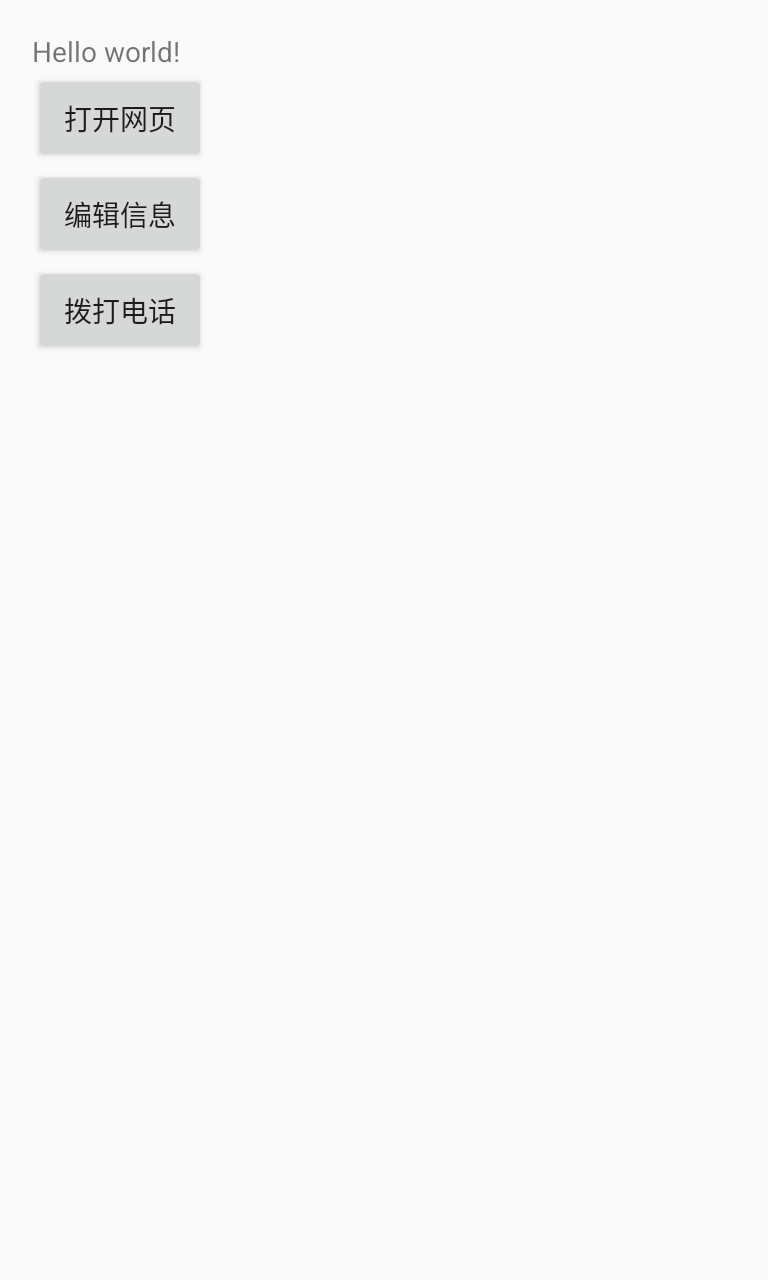
Repository: 18810012802/creazyAndroid
Layout: workspace3/ActionData/res/layout/activity_main.xml
The author's editor kept a copy of each file at every save. The layout is drawn from the files as they stood at one save, then again after the next save.
It is drawn on a 768 x 1280 px phone screen (xhdpi) without system bars, with theme AppTheme; the app's code is not run.

Above is the layout before, as saved 2016-05-04 16:36:57.

### workspace3/ActionData/res/layout/activity_main.xml
<LinearLayout xmlns:android="http://schemas.android.com/apk/res/android"
    android:orientation="vertical"
    android:layout_width="match_parent"
    android:layout_height="match_parent"
    android:paddingBottom="@dimen/activity_vertical_margin"
    android:paddingLeft="@dimen/activity_horizontal_margin"
    android:paddingRight="@dimen/activity_horizontal_margin"
    android:paddingTop="@dimen/activity_vertical_margin"
>
    <TextView
        android:layout_width="wrap_content"
        android:layout_height="wrap_content"
        android:text="@string/hello_world" />
	<Button
	    android:id="@+id/bn"
	    android:layout_width="wrap_content"
        android:layout_height="wrap_content"
        android:text="打开网页"
        />
	<Button
	    android:id="@+id/edit"
	    android:layout_width="wrap_content"
        android:layout_height="wrap_content"
        android:text="编辑信息"
        />
	<Button
	    android:id="@+id/call"
	    android:layout_width="wrap_content"
        android:layout_height="wrap_content"
        android:text="拨打电话"
        />
</LinearLayout>

### workspace3/ActionData/res/values/strings.xml
<?xml version="1.0" encoding="utf-8"?>
<resources>

    <string name="app_name">ActionData</string>
    <string name="hello_world">Hello world!</string>
    <string name="action_settings">Settings</string>

</resources>

Loaded but not shown: workspace3/ActionData/res/values/styles.xml (common file); workspace3/ActionData/res/values-v11/styles.xml (common file); workspace3/ActionData/res/values-v14/styles.xml (common file); workspace3/ActionData/res/values/dimens.xml (common file); workspace3/ActionData/res/values-w820dp/dimens.xml (common file)

After the next save:
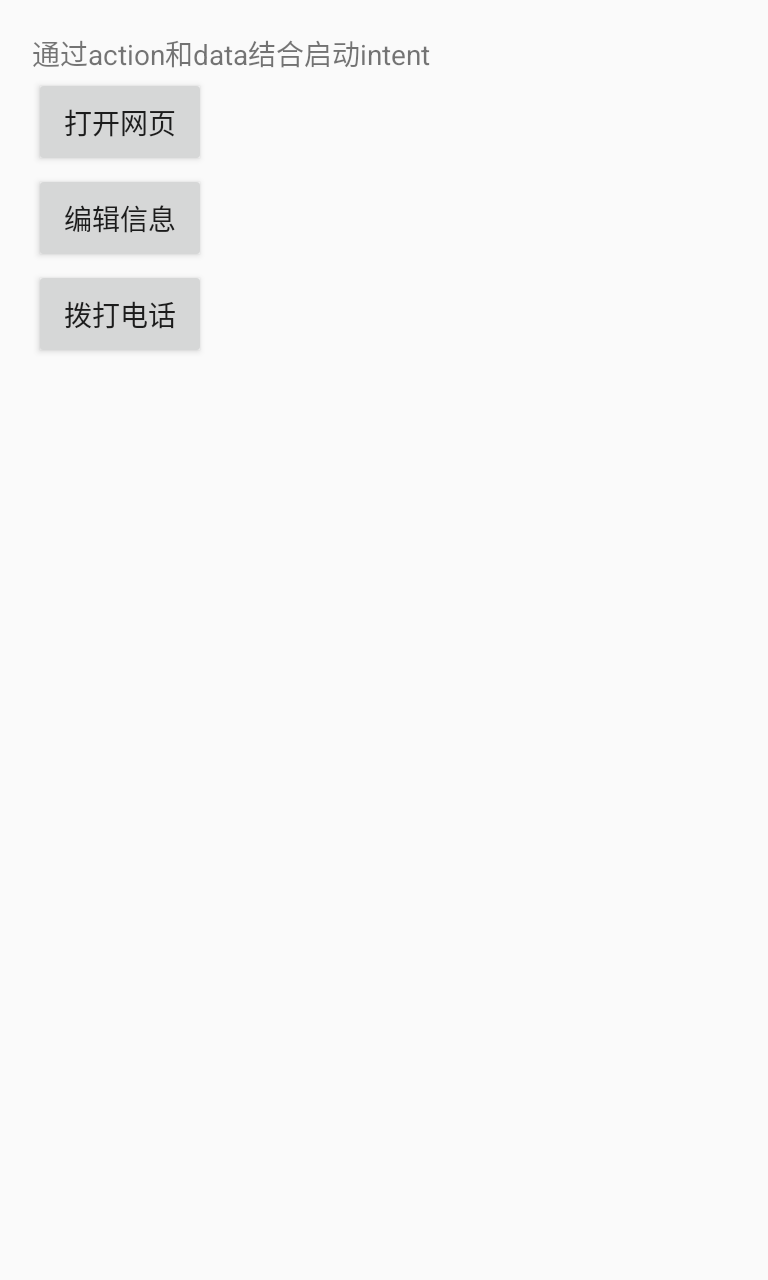
Saved 22 min 41 s later.
--- a/workspace3/ActionData/res/layout/activity_main.xml
+++ b/workspace3/ActionData/res/layout/activity_main.xml
@@ -10,7 +10,7 @@
     <TextView
         android:layout_width="wrap_content"
         android:layout_height="wrap_content"
-        android:text="@string/hello_world" />
+        android:text="通过action和data结合启动intent" />
 	<Button
 	    android:id="@+id/bn"
 	    android:layout_width="wrap_content"
